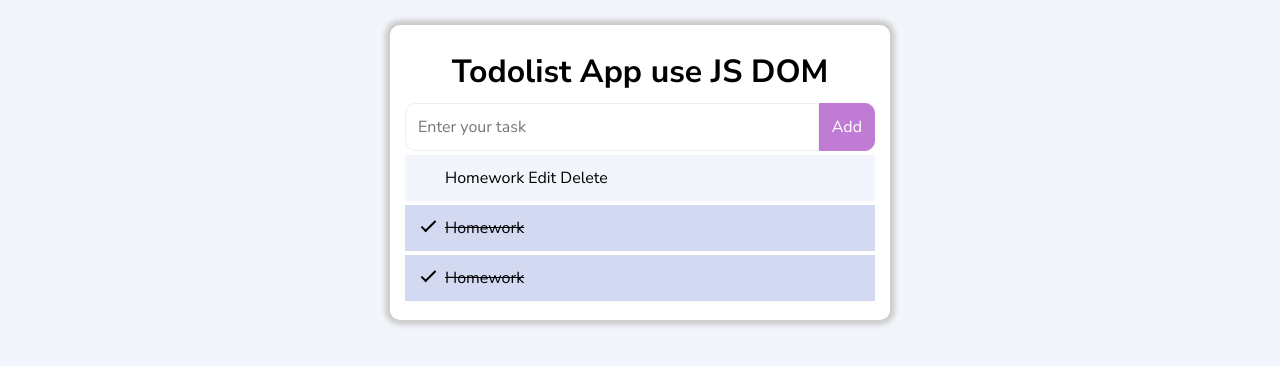
Repository: anhquan74-dev/todolist_app
Page: index.html
These files come from the project's save history. The page is drawn as it stood at one moment and after the next save; the edit follows.
The browser window is 1280 px wide. The pictures show the whole page.
Some web libraries are served in a nearby version.

Above is the page before, as saved 2022-07-21 16:23:33.

After the next save:
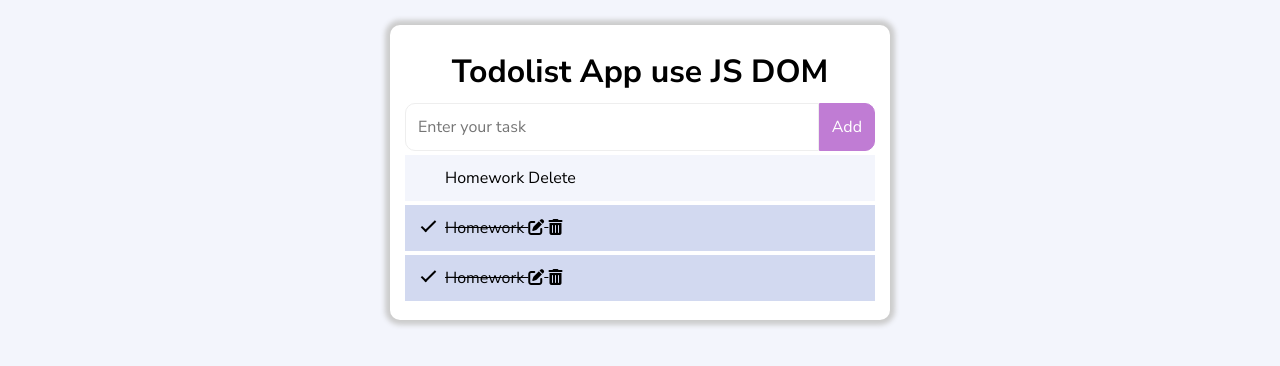
Saved 34 s later.
--- a/style.css
+++ b/style.css
@@ -73,7 +73,7 @@ h1 {
     cursor: pointer;
 }
 
-.item span {
+.edit-btn {
     padding: 12px 16px;
     color: white;
     display: block;
